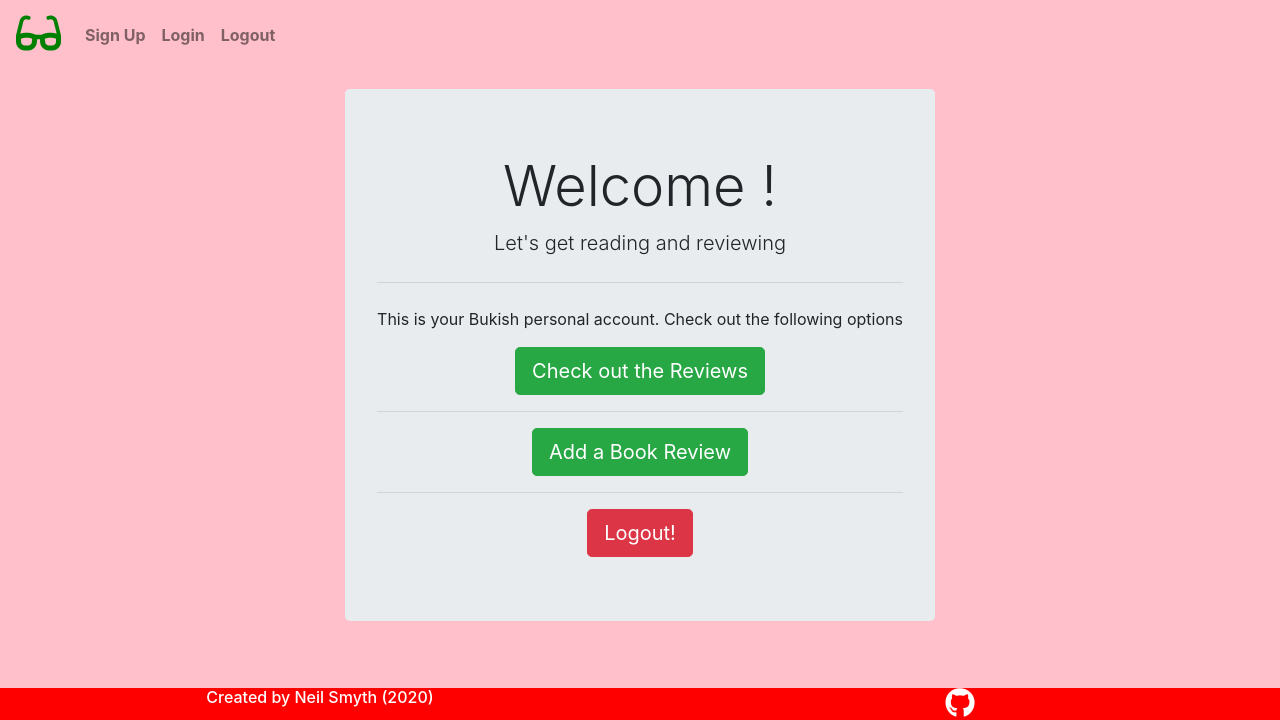
Repository: NeiloErnesto89/Data_Centric_Dev_Milestone_Project3
Page: templates/bio.html
The author's editor kept a record of every edit. The page is drawn from the files as they stood at one moment, then again after the next edit.
The browser window is 1280 px wide. The pictures show the whole page.
Some web libraries are served in a nearby version. The template is drawn by Flask 3. The application's start-up code is not run. The template is opened directly, without the code that normally fills it, so the values that code supplies are empty.

Above is the page before.

After the next edit:
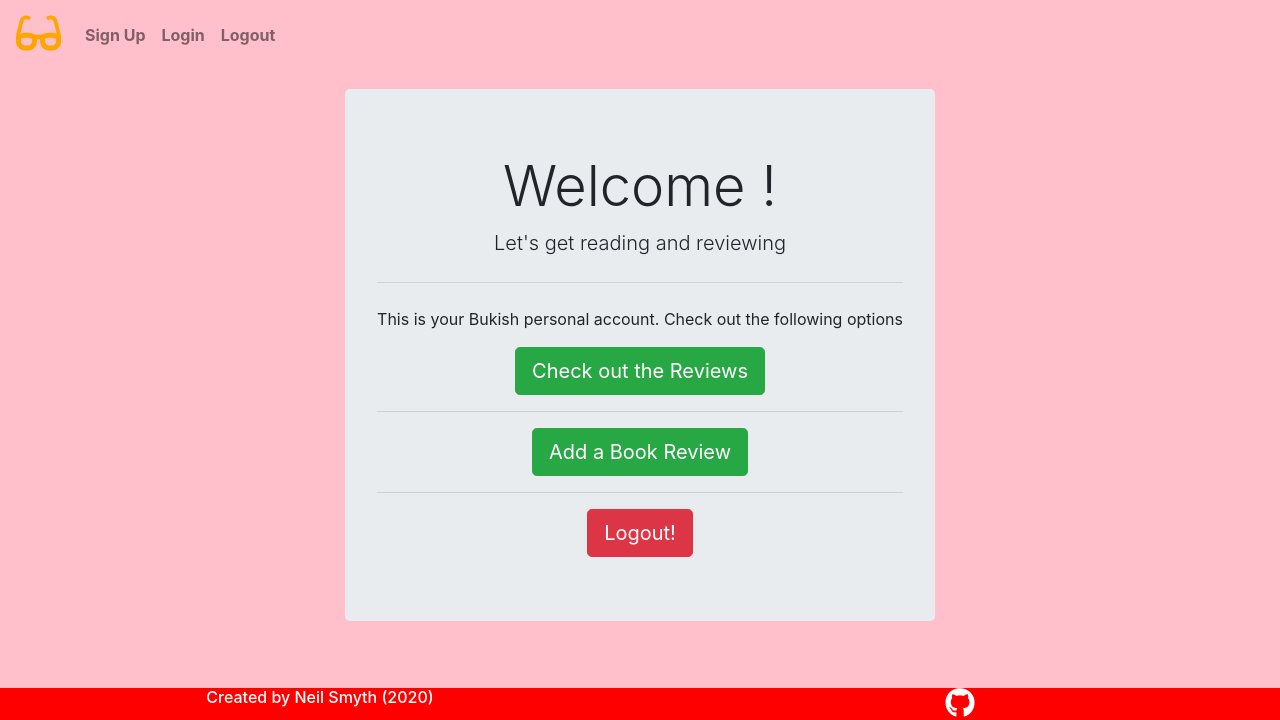
The edit:
--- a/templates/base.html
+++ b/templates/base.html
@@ -34,7 +34,7 @@
         <!--NavBar with Burger Icon-->
 
         <nav class="navbar navbar-expand-lg navbar-light mb-1 text-center">
-            <a class="navbar-brand" data-target="#popUpModal" data-toggle="modal"><i class="fas fa-glasses" style="font-size:40px;color:green;"></i></a>
+            <a class="navbar-brand" data-target="#popUpModal" data-toggle="modal"><i class="fas fa-glasses" style="font-size:40px;color:orange;"></i></a>
             <button class="navbar-toggler" type="button" data-toggle="collapse" data-target="#navbarTogglerDemo02" aria-controls="navbarTogglerDemo02" aria-expanded="false" aria-label="Toggle navigation">
                             <span class="navbar-toggler-icon"></span>
                           </button>
